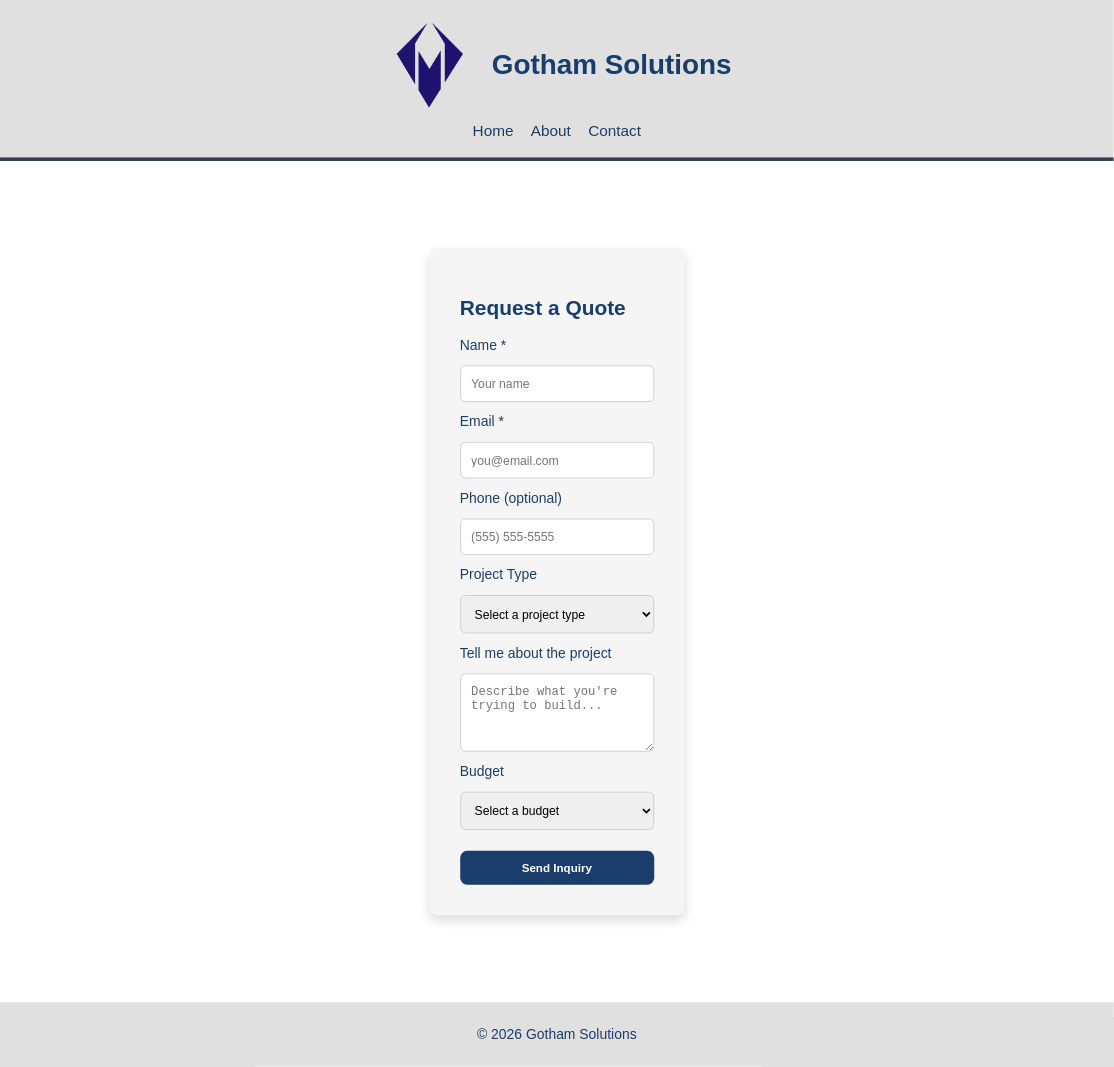
Repository: kmm569/gothamsolutions
Page: contact.html
These files come from the project's save history. The page is drawn as it stood at one moment and after the next save; the edit follows.
The browser window is 1280 px wide. The pictures show the whole page, at 87% of full size.

Above is the page before, as saved 2026-03-06 13:19:48.

### contact.html
<!DOCTYPE html>
<html lang="en">

<head>

	<meta charset="UTF-8">
	<meta name="viewport" content="width=device-width, initial-scale=1.0">

	<title>Contact - Gotham Solutions</title>

	<link rel="stylesheet" href="styles.css">
<link rel="icon" href="./icons/favicon.ico">
</head>

<body>

<header>

	<div class="logo-container">
		<img src="LogoSolo.png" alt="Gotham Solutions Logo" class="logo">
		<h1>Gotham Solutions</h1>
	</div>

	<nav>
		<ul>
			<li><a href="index.html" class="nav-link">Home</a></li>
			<li><a href="about.html" class="nav-link">About</a></li>
			<li><a href="contact.html" class="nav-link">Contact</a></li>
		</ul>
	</nav>

</header>

<main>
<section class="contact-section">
<div class="form-card">

<h2>Request a Quote</h2>

<form id="contactForm">

	<label>Name *</label>
	<input
		type="text"
		name="name"
		required
		minlength="2"
		placeholder="Your name"
	>

	<label>Email *</label>
	<input
		type="email"
		name="email"
		required
		placeholder="you@email.com"
	>

	<label>Phone (optional)</label>
	<input
		type="tel"
		name="phone"
		pattern="[0-9+\-\(\)\s]{7,}"
		placeholder="(555) 555-5555"
	>

	<label>Project Type</label>
	<select name="projectType">

		<option value="">Select a project type</option>
		<option>Google Sheets Dashboard</option>
		<option>Spreadsheet Automation</option>
		<option>Workflow Tracker</option>
		<option>Data Cleanup / Organization</option>
		<option>Other</option>

	</select>

	<label>Tell me about the project</label>

	<textarea
		name="details"
		rows="4"
		placeholder="Describe what you're trying to build..."
	></textarea>

	<label>Budget</label>

	<select name="budget">

		<option value="">Select a budget</option>
		<option>Unsure</option>
		<option>Under $50</option>
		<option>$50 – $150</option>
		<option>$150 – $500</option>
		<option>$500+</option>

	</select>

	<input type="hidden" name="template" id="templateField">
	<input type="hidden" name="source" id="sourceField">

	<button type="submit" class="submit-button">
		Send Inquiry
	</button>

</form>

<div id="formMessage"></div>

</div>
</section>
</main>

<footer>
	<p>&copy; 2026 Gotham Solutions</p>
</footer>

<script>

const scriptURL = "https://script.google.com/macros/s/AKfycbxc9_hlQCGvBhvR8CTxNIYGdBt7pfNBy3m51jCEInJPqs_rvo7NSJcQvLVQ2DQR7OGX/exec";

const form = document.getElementById("contactForm");
const templateField = document.getElementById("templateField");
const sourceField = document.getElementById("sourceField");
const messageBox = document.getElementById("formMessage");

const params = new URLSearchParams(window.location.search);

const storedTemplate = sessionStorage.getItem("template");
const storedSource = sessionStorage.getItem("source");

if (params.has("template")) {
	templateField.value = params.get("template");
	sessionStorage.setItem("template", params.get("template"));
} else if (storedTemplate) {
	templateField.value = storedTemplate;
}

if (params.has("source")) {
	sourceField.value = params.get("source");
	sessionStorage.setItem("source", params.get("source"));
} else if (storedSource) {
	sourceField.value = storedSource;
} else {
	sourceField.value = "Website";
}

let submitting = false;

form.addEventListener("submit", function(e){

	if(submitting){
		return;
	}

	submitting = true;

	e.preventDefault();

	const submitBtn = form.querySelector("button");
	submitBtn.disabled = true;
	submitBtn.textContent = "Sending...";

	const formData = new FormData(form);
	const data = Object.fromEntries(formData.entries());

	e.preventDefault();

	fetch(scriptURL, {
		method: "POST",
		mode: "no-cors",
		body: formData
	})
	.then(() => {

	setTimeout(()=>{
		submitting = false;
		submitBtn.disabled = false;
		submitBtn.textContent = "Send Inquiry";
	},60000);

	form.style.display = "none";

		messageBox.style.display = "block";
		messageBox.innerHTML =
			"<strong>Thanks! Your inquiry has been sent.</strong><br>I usually respond within 24 hours.";

	})
	.catch(err => {

		console.error(err);

		messageBox.style.display = "block";
		messageBox.innerHTML =
			"Something went wrong. Please try again.";

	});

});

</script>

</body>
</html>

### styles.css
body{
	background:#ffffff;
	color:#1A3D6B;
	font-family:Arial, sans-serif;
	margin:0;
	padding:0;
	display:flex;
	flex-direction:column;
	min-height:100vh;
}

header{
	background:#E0E0E0;
	padding:20px;
	border-bottom:4px solid #2C3E50;
	display:flex;
	flex-direction:column;
	align-items:center;
}

.logo-container{
	display:flex;
	align-items:center;
	gap:16px;
	margin-bottom:10px;
}

.logo{
	width:110px;
}

nav ul{
	list-style:none;
	display:flex;
	gap:20px;
	padding:0;
	margin:0;
}

.nav-link{
	text-decoration:none;
	color:#1A3D6B;
	font-size:1.1em;
}

.nav-link:hover{
	color:#16A085;
}

main{
	flex:1;
	padding:40px 20px;
	max-width:1100px;
	margin:auto;
}


/* HERO */

.hero{
	text-align:center;
	margin-bottom:50px;
}

.hero h2{
	font-size:2em;
	margin-bottom:15px;
}

.hero-text{
	max-width:650px;
	margin:auto;
	font-size:1.1em;
	line-height:1.5;
}

.hero-buttons{
	margin-top:20px;
	display:flex;
	gap:15px;
	justify-content:center;
	flex-wrap:wrap;
}


/* BUTTONS */

.button-primary{
	background:#1A3D6B;
	color:white;
	padding:12px 24px;
	border-radius:8px;
	text-decoration:none;
	font-weight:bold;
}

.button-secondary{
	background:#16A085;
	color:white;
	padding:12px 24px;
	border-radius:8px;
	text-decoration:none;
	font-weight:bold;
}


/* SERVICES */

.services{
	margin-bottom:50px;
}

.services h2{
	text-align:center;
	margin-bottom:25px;
}

.service-grid{
	display:grid;
	grid-template-columns:repeat(auto-fit,minmax(220px,1fr));
	gap:20px;
}

.service-card{
	background:#F5F5F5;
	padding:20px;
	border-radius:10px;
	box-shadow:0 4px 10px rgba(0,0,0,0.1);
}


/* PROCESS */

.process{
	margin-bottom:20px;
}

.process h2{
	text-align:center;
	margin-bottom:25px;
}

.process-grid{
	display:grid;
	grid-template-columns:repeat(auto-fit,minmax(220px,1fr));
	gap:20px;
}

.process-step{
	background:#F5F5F5;
	padding:20px;
	border-radius:10px;
	box-shadow:0 4px 10px rgba(0,0,0,0.1);
}


/* CTA */

.cta{
	text-align:center;
	background:#F5F5F5;
	padding:30px;
	border-radius:10px;
	max-width:700px;
	margin:0 auto;
}


.cta p{
	max-width:600px;
	margin:10px auto 20px auto;
}




/* FORM */

.contact-section{
	display:flex;
	justify-content:center;
	align-items:flex-start;
	padding:60px 20px;
}

.form-card{
	background:#F5F5F5;
	padding:35px;
	border-radius:10px;
	box-shadow:0 6px 14px rgba(0,0,0,0.15);

	width:100%;
	max-width:650px;
}

.form-card form{
	width:100%;
}

form{
	display:flex;
	flex-direction:column;
	gap:14px;
}

input,
select,
textarea{
	padding:10px;
	border-radius:6px;
	border:1px solid #ccc;
	font-size:14px;
}

.submit-button{
	margin-top:10px;
	padding:12px;
	border:none;
	background:#1A3D6B;
	color:white;
	font-weight:bold;
	border-radius:8px;
	cursor:pointer;
}

.submit-button:hover{
	background:#163457;
}

input,
select,
textarea{
	width:100%;
	padding:12px;
	border-radius:6px;
	border:1px solid #ccc;
	font-size:14px;
	box-sizing:border-box;
}

/* WHY SECTION */

.why-section{
	margin-top:50px;
	background:#F5F5F5;
	padding:30px;
	border-radius:10px;
	box-shadow:0 4px 10px rgba(0,0,0,0.1);
}

.why-section h2{
	text-align:center;
	margin-bottom:10px;
}

.why-section > p{
	text-align:center;
	max-width:650px;
	margin:0 auto 25px auto;
}

footer{
	background:#E0E0E0;
	padding:12px;
	text-align:center;
}

/* WHY GOTHAM SOLUTIONS LIST */

.about-points{
	list-style:none;
	padding:0;
	margin-top:20px;

	display:flex;
	flex-direction:column;
	gap:18px;
}

.about-points li{
	position:relative;
	padding-left:34px;
	line-height:1.5;
}

.about-points li::before{
	content:"";

	position:absolute;
	left:0;
	top:3px;

	width:16px;
	height:16px;

	background-color:#2C3E50;

	mask:url("/icons/target.svg") no-repeat center;
	mask-size:contain;

	-webkit-mask:url("/icons/target.svg") no-repeat center;
	-webkit-mask-size:contain;
}

After the next save:
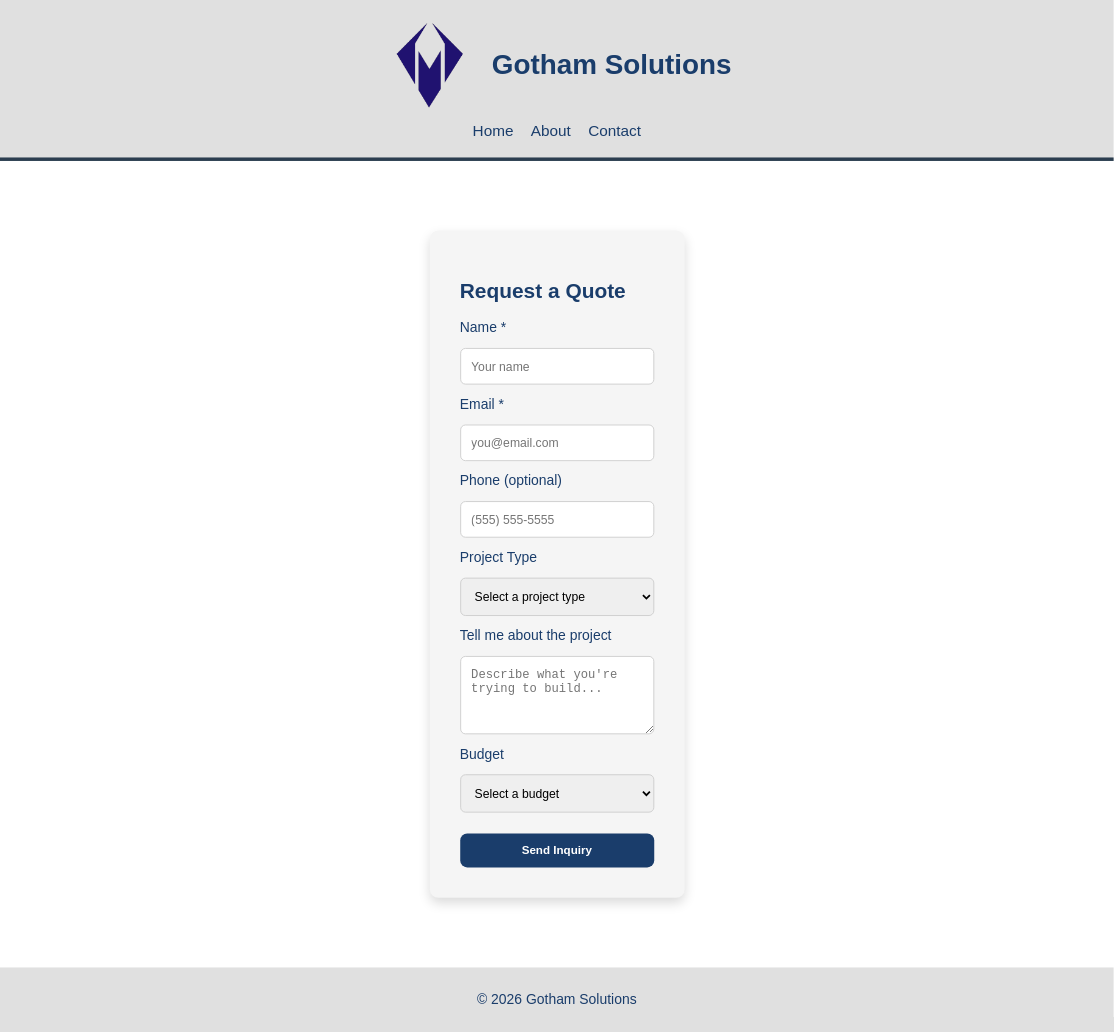
Saved 6 s later.
--- a/styles.css
+++ b/styles.css
@@ -49,7 +49,7 @@ nav ul{
 
 main{
 	flex:1;
-	padding:40px 20px;
+	padding:20px 20px;
 	max-width:1100px;
 	margin:auto;
 }
